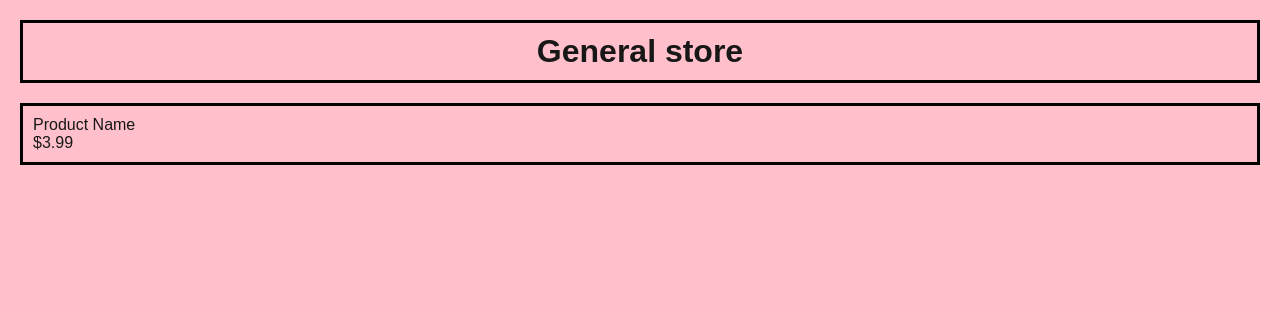
Repository: rosielee09/practiceproject
Page: / (app in my-app/)
An editor plug-in stored every save of this project. The page is shown before and after the next save, followed by the edit.
The browser window is 1280 px wide. The pictures show the whole page.
The project was rebuilt for these pictures with package versions that can differ from the ones it lists, and the page was loaded fresh each time. The framework's server and built-in components were replaced by stand-ins that run in the browser. Also part of the build but not shown: my-app/next.config.mjs.

Above is the page before, as saved 2025-04-03 15:26:50.

### my-app/app/page.js
import styles from "./page.module.css";

// React component!
function Product(){
  return (
    <article>
      <div>
        <p>Product Name</p>
        <p>$3.99</p>
      </div>
    </article>
  );
}

export default function Home() {
  return (
    <div className={styles.page}>
     <header className={styles.header}>
        <h1>General store</h1>
     </header>
        <main className={styles.main}>
          <section>
            <Product />
          </section>
        </main>
    </div>
  );
}

### my-app/app/globals.css
:root {
  --background: pink;
  --foreground: #171717;
}



html,
body {
  max-width: 100vw;
  overflow-x: hidden;
}

body {
  color: var(--foreground);
  background: var(--background);
  font-family: Arial, Helvetica, sans-serif;
  -webkit-font-smoothing: antialiased;
  -moz-osx-font-smoothing: grayscale;
  margin: 20px;
}

* {
  box-sizing: border-box;
  padding: 0;
  margin: 0;
}

a {
  color: inherit;
  text-decoration: none;
}

### my-app/app/page.module.css
.header {
  border: 3px solid black;
  padding: 10px;
  text-align: center;
  margin-bottom: 20px;
}

.main {
  border: 3px solid black;
  padding: 10px;
}

Loaded but not shown: my-app/app/layout.js (common file)

After the next save:
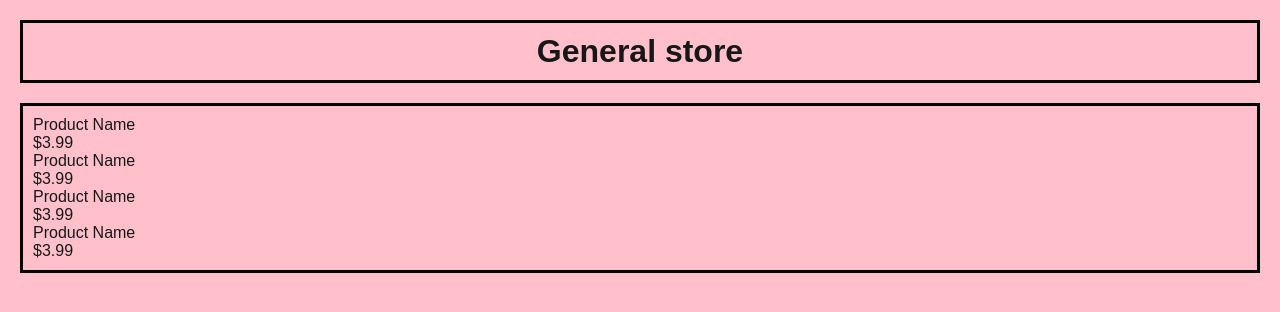
Saved 33 s later.
--- a/my-app/app/page.js
+++ b/my-app/app/page.js
@@ -21,6 +21,9 @@ export default function Home() {
         <main className={styles.main}>
           <section>
             <Product />
+            <Product />
+            <Product />
+            <Product />
           </section>
         </main>
     </div>
